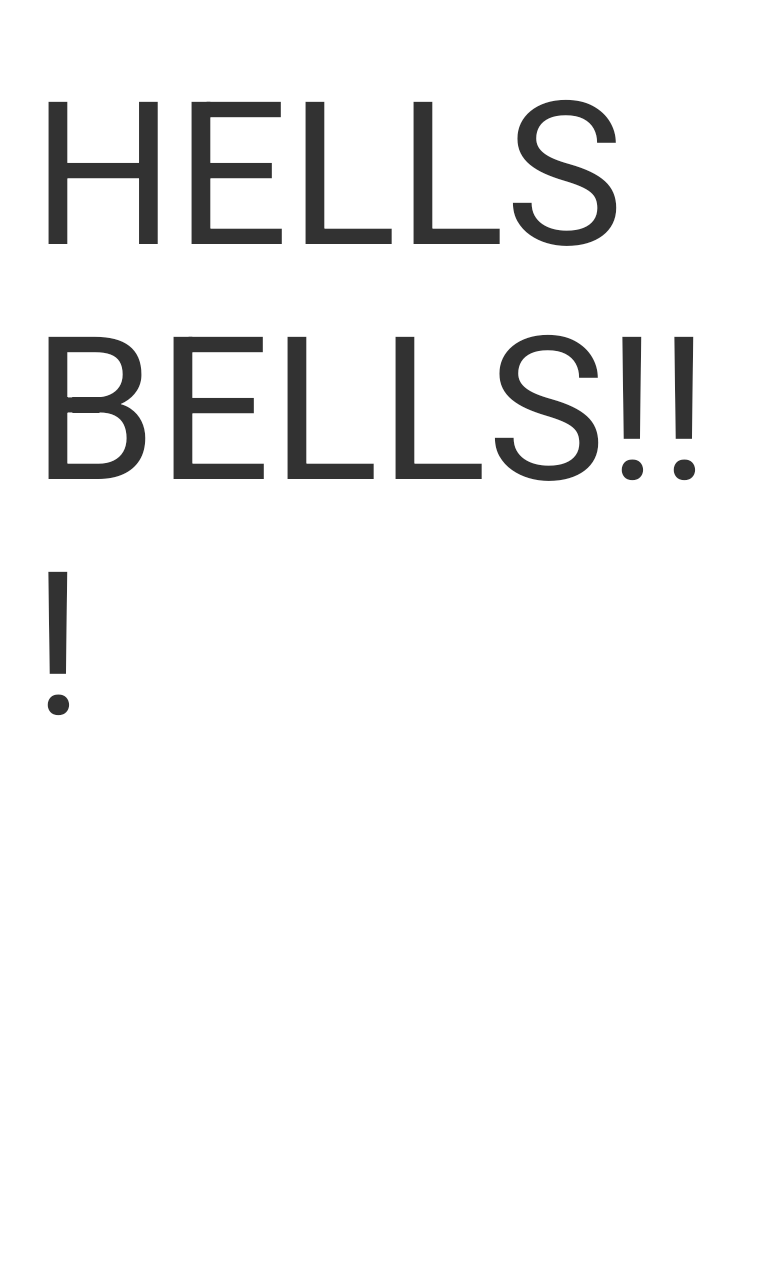
Repository: mateusz-ant/hellsbells
Layout: HellsBells/res/layout/activity_main.xml
An editor plug-in stored every save of this project. The layout is shown before and after the next save, followed by the edit.
It is drawn on a 768 x 1280 px phone screen (xhdpi) without system bars, with theme AppTheme; the app's code is not run.

Above is the layout before, as saved 2014-10-24 19:18:21.

### HellsBells/res/layout/activity_main.xml
<RelativeLayout xmlns:android="http://schemas.android.com/apk/res/android"
    xmlns:tools="http://schemas.android.com/tools"
    android:layout_width="match_parent"
    android:layout_height="match_parent"
    android:paddingBottom="@dimen/activity_vertical_margin"
    android:paddingLeft="@dimen/activity_horizontal_margin"
    android:paddingRight="@dimen/activity_horizontal_margin"
    android:paddingTop="@dimen/activity_vertical_margin"
    tools:context="com.aghacks.hellsbells.MainActivity" >

    <TextView
        android:layout_width="wrap_content"
        android:layout_height="wrap_content"
        android:textSize="100dp"

        android:text="HELLS BELLS!!!" />

</RelativeLayout>

Loaded but not shown: HellsBells/res/values/styles.xml (common file); HellsBells/res/values-v11/styles.xml (common file); HellsBells/res/values-v14/styles.xml (common file); HellsBells/res/values/dimens.xml (common file); HellsBells/res/values-w820dp/dimens.xml (common file)

After the next save:
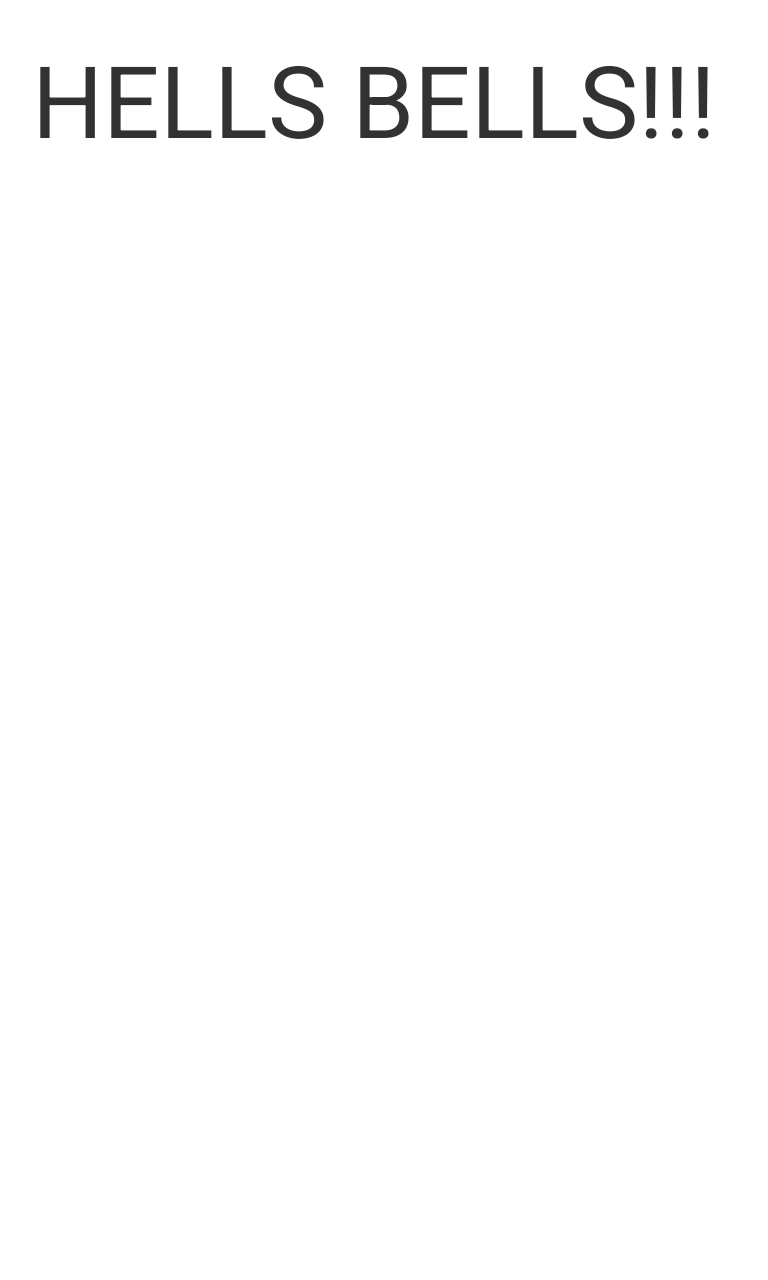
Saved 7 s later.
--- a/HellsBells/res/layout/activity_main.xml
+++ b/HellsBells/res/layout/activity_main.xml
@@ -11,7 +11,7 @@
     <TextView
         android:layout_width="wrap_content"
         android:layout_height="wrap_content"
-        android:textSize="100dp"
+        android:textSize="50dp"
 
         android:text="HELLS BELLS!!!" />
 
